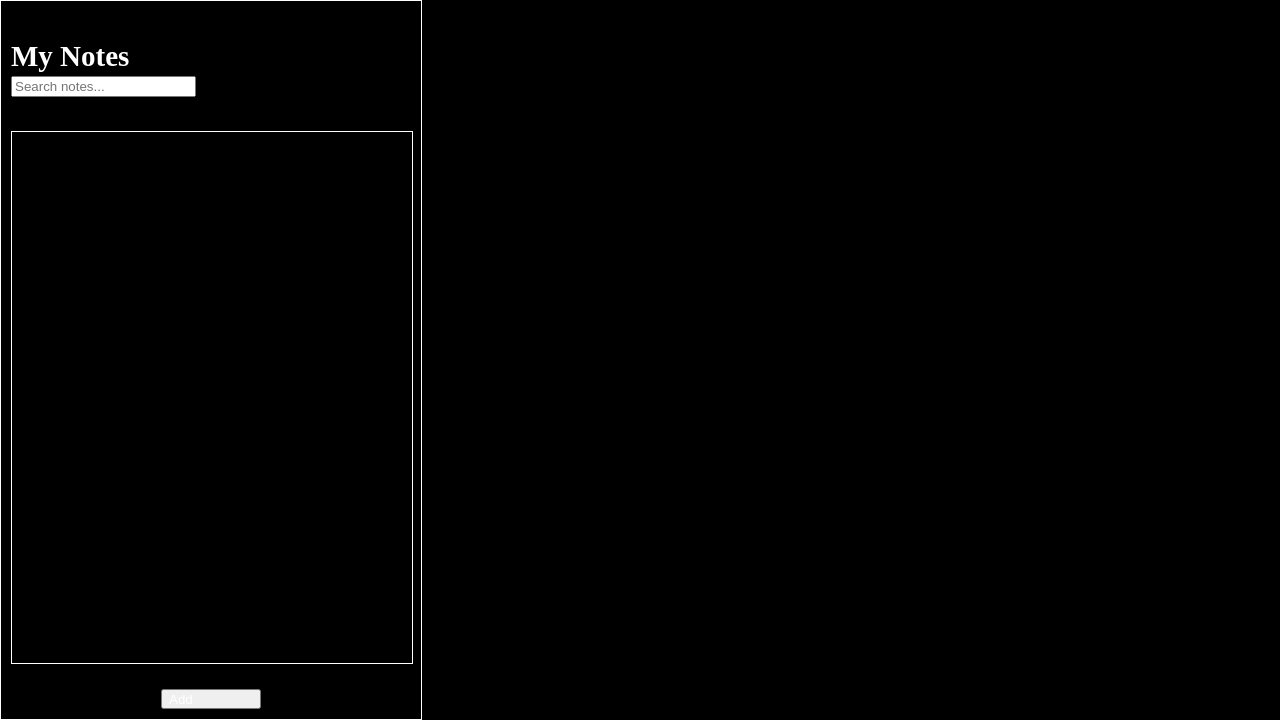
Repository: dmpelaez/myNotes
Page: QuickNotes.html
These files come from the project's save history. The page is drawn as it stood at one moment and after the next save; the edit follows.
The browser window is 1280 px wide. The pictures show the whole page.

Above is the page before, as saved 2025-12-18 20:40:25.

After the next save:
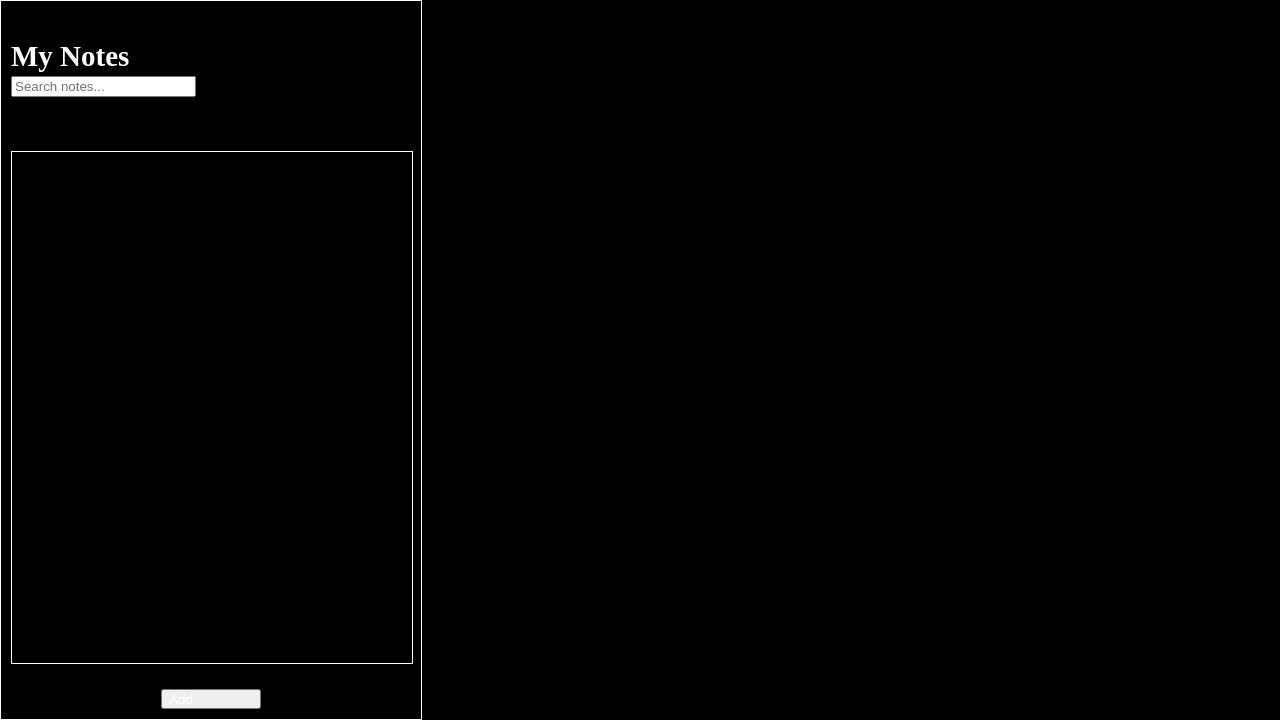
Saved 11 s later.
--- a/QuickNotes.css
+++ b/QuickNotes.css
@@ -14,7 +14,7 @@ body {
   position: fixed;
   bottom: 0;
   top: 0;
-  grid-template-rows: 40px 30px 1fr 20px;
+  grid-template-rows: 40px 50px 1fr 20px;
   padding: 10px;
   gap: 25px;
 

After the save that followed:
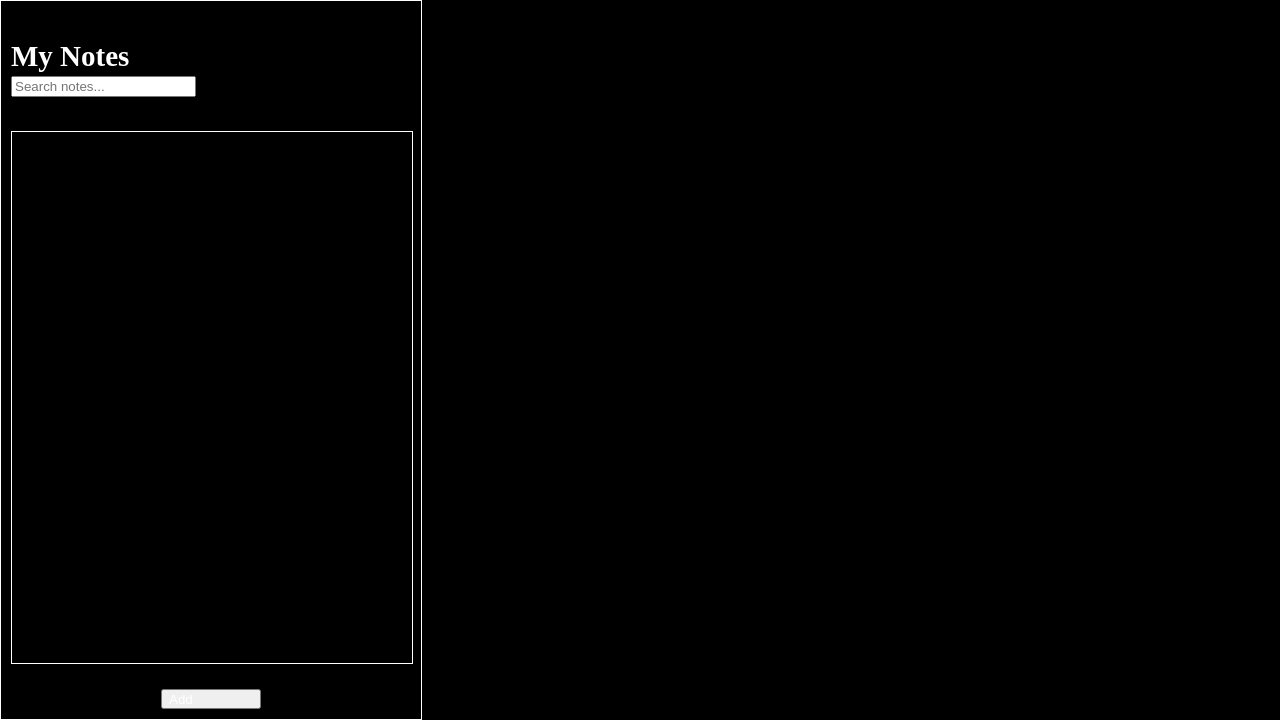
Saved 4 s later.
--- a/QuickNotes.css
+++ b/QuickNotes.css
@@ -14,7 +14,7 @@ body {
   position: fixed;
   bottom: 0;
   top: 0;
-  grid-template-rows: 40px 50px 1fr 20px;
+  grid-template-rows: 40px 30px 1fr 20px;
   padding: 10px;
   gap: 25px;
 
